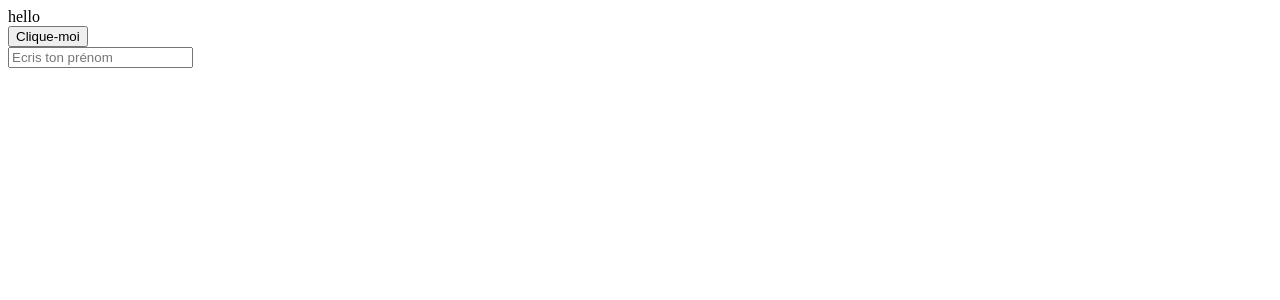
Repository: Coumba25040/coumbaProjet
Page: exoGPT/EXO/exo.html
These files come from the project's save history. The page is drawn as it stood at one moment and after the next save; the edit follows.
The browser window is 1280 px wide. The pictures show the whole page.

Above is the page before, as saved 2025-07-06 13:18:02.

### exoGPT/EXO/exo.html
<!DOCTYPE html>
<html lang="en">
<head>
    <meta charset="UTF-8">
    <meta name="viewport" content="width=device-width, initial-scale=1.0">
    <title>Document</title>
</head>
<body>
    <div id="container"></div>
    <button id="btn">Clique-moi</button>
    <form action="">
        <input id="input" type="text" placeholder="Ecris ton prénom">
    </form>
    <p id="p"></p>

    <script src="exo.js"></script>
</body>
</html>

### exoGPT/EXO/exo.js

// function capitalize(str) {
//     if(!str){
//         return str
//     }
//     return str.charAt(0).toUpperCase() + str.slice(1)

// }
// console.log(capitalize("hello"))
// console.log(capitalize("bonjour"))
// console.log(capitalize("Javascript"))

function capitalize(str) {
    if(!str){
        return str
    }
    return str.charAt(0) + str.slice(1).toUpperCase()

}
console.log(capitalize("hello"))
console.log(capitalize("bonjour"))
console.log(capitalize("javascript"))


// Écris ta version perso de Array.prototype.map() (appelle-la monMap()).



// const arry = [1, 2, 3, 4]

// const map =  arry.map((i) => i * 2)

// console.log(map)

// const arry1 = ["alice", "bob", "charlie", "diana"]

// const map1 = arry1.map((i) => i.charAt(0).toUpperCase() + i.slice(1))

// console.log(map1)


// const phrase = "bonjour tout le monde";

// const mots = phrase.split(" ")


// const motsCapitalise = mots.map((i) => i.charAt(0).toUpperCase() + i.slice(1))

// const phraseCapitalise = motsCapitalise.join(" ")

// console.log(phraseCapitalise)

function capitalizePhrase(phrase) {
    return phrase
      .split(" ")
      .map((mot) => mot.charAt(0).toUpperCase() + mot.slice(1))
      .join(" ");
  }

  const result = capitalizePhrase("bonjour tout le monde");
  console.log(result); // "Bonjour Tout Le Monde"



// 12 Crée une fonction qui trie un tableau de nombres en ordre croissant.

let array = [1, 4, 2, 6, 8]

array.sort((a, b) => a - b); // Tri croissant

console.log(array)

// 13 Affiche un texte dans une balise <div> avec innerText.

let container = document.getElementById("container")

function afficherContainer(){
    container.innerText += "hello"
}
afficherContainer(container)


// 14 Crée un bouton "Clique-moi" qui affiche une alerte "Bravo !".

After the next save:
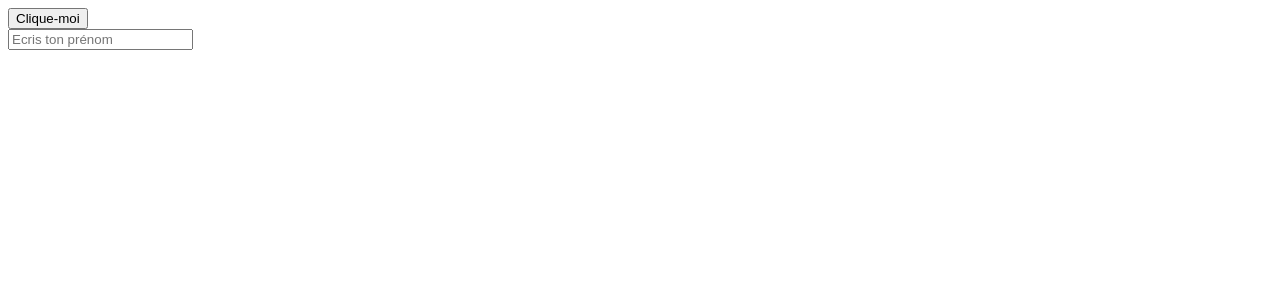
Saved 48 s later.
--- a/exoGPT/EXO/exo.js
+++ b/exoGPT/EXO/exo.js
@@ -72,12 +72,14 @@ console.log(array)
 
 // 13 Affiche un texte dans une balise <div> avec innerText.
 
-let container = document.getElementById("container")
+// let container = document.getElementById("container")
 
-function afficherContainer(){
-    container.innerText += "hello"
-}
-afficherContainer(container)
+// function afficherContainer(){
+//     container.innerText += "hello"
+// }
+// afficherContainer(container)
 
 
 // 14 Crée un bouton "Clique-moi" qui affiche une alerte "Bravo !".
+
+let btn = document.getElementById("btn")
